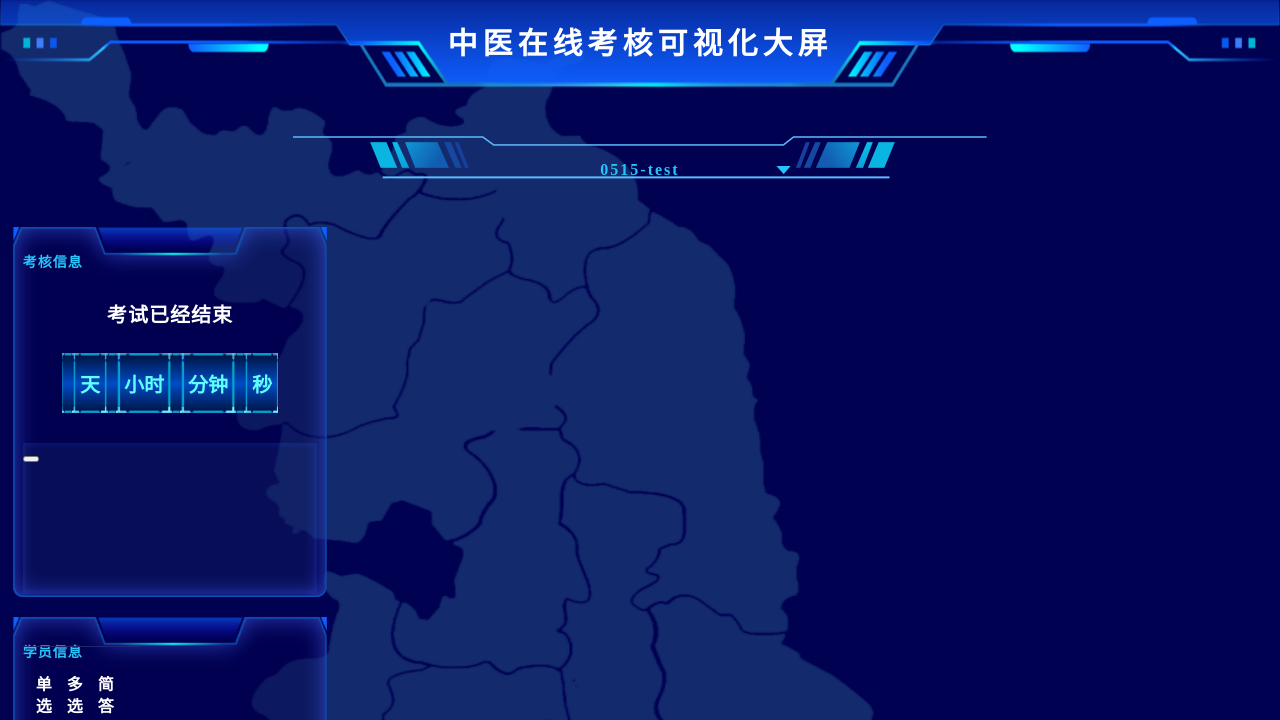
Repository: krislorem/medicine-online-datascreen-vue
Page: /
An editor plug-in stored every save of this project. The page is shown before and after the next save, followed by the edit.
The browser window is 1280 px wide. The pictures show the whole page.
The project was rebuilt for these pictures with package versions that can differ from the ones it lists, and the page was loaded fresh each time. Also part of the build but not shown: vite.config.ts.

Above is the page before, as saved 2024-12-04 20:07:03.
Console error (its wording comes from the project's code and is left out).

### src/main.ts
import './assets/main.css'

import { createApp } from 'vue'
import { createPinia } from 'pinia'
import ElementPlus from 'element-plus'
import 'element-plus/dist/index.css'
import App from './App.vue'
import router from './router'

const app = createApp(App)

app.use(createPinia())
app.use(router)
app.use(ElementPlus)
app.mount('#app')

### src/assets/main.css
body, html {
  width: 100%;
  height: 100%;
  overflow: hidden;
  margin: 0;
  padding: 0;
  width: 100vw;
  height: 100vh
}

#app {
  width: 100%;
  height: 100%
}

### src/App.vue
<template>
  <div>
    <RouterView></RouterView>
  </div>
</template>

<script setup lang="ts">

</script>

<style scoped>
</style>

### src/views/HomeView.vue
<template>
  <div class="home">
    <nav>
      <h1>中医在线考核可视化大屏</h1>
    </nav>
    <div id="mid-bar">
      <select id="info">
        <option>0515-test</option>
      </select>
    </div>
    <div id="all-info">
      <div id="left">
        <div class="item item-1">
          <p class="top-name"><span>考核信息</span></p>
          <p class="time-title"><span>考试已经结束</span></p>
          <div class="time-container">
            <div class="time-box" style=";"><span class="time-num">{{ }}</span></div>
            <div class="time-box" style=";"><span class="time-num">天</span></div>
            <div class="time-box" style=";"><span class="time-num">{{ }}</span></div>
            <div class="time-box" style=";"><span class="time-num">小时</span></div>
            <div class="time-box" style=";"><span class="time-num">{{ }}</span></div>
            <div class="time-box" style=";"><span class="time-num">分钟</span></div>
            <div class="time-box" style=";"><span class="time-num">{{ }}</span></div>
            <div class="time-box" style=";"><span class="time-num">秒</span></div>
          </div>
          <div class="result">
            <div class="ivu-carousel" style="height: 100%;">
              <button type="button" class="left ivu-carousel-arrow ivu-carousel-arrow-hover">
                <i class="ivu-icon ivu-icon-ios-arrow-back"></i>
              </button>
            </div>
            <div class="ivu-carousel-list">
              <div class="ivu-carousel-track higher"
                style="width: 119px; transform: translate3d(0px, 0px, 0px); transition: transform 500ms; visibility: visible;">
                <div class="ivu-carousel-item" style="width: 119px; height: auto; left: 0px;">
                  <div class="res-topbar">
                    <span>{{ }}</span>
                    <span>{{ }}</span>
                  </div>
                  <div class="res-box">
                    <div class="res-item">
                      <span>单选</span>
                      <p>{{ }}</p>
                    </div>
                    <div class="res-item">
                      <span>多选</span>
                      <p>{{ }}</p>
                    </div>
                    <div class="res-item">
                      <span>简答</span>
                      <p>{{ }}</p>
                    </div>
                  </div>
                </div>
              </div>
            </div>
          </div>
        </div>
        <div class="item item-2">
          <p class="top-name i2-top"><span>学员信息</span></p>
          <div class="i2">
            <div class="box">
              <p class="num bg-lg-blue">1</p>
              <p class="title bg-lg-blue">应考人数</p>
            </div>
            <div class="box">
              <p class="num bg-lg-cyan">0</p>
              <p class="title bg-lg-cyan">签到人数</p>
            </div>
            <div class="box">
              <p class="num bg-lg-red">0</p>
              <p class="title bg-lg-red">实考人数</p>
            </div>
            <div class="box">
              <p class="num bg-lg-blue">0</p>
              <p class="title bg-lg-blue">分配试卷</p>
            </div>
            <div class="box">
              <p class="num bg-lg-cyan">0</p>
              <p class="title bg-lg-cyan">答题中</p>
            </div>
            <div class="box">
              <p class="num bg-lg-red">0</p>
              <p class="title bg-lg-red">完成考试</p>
            </div>
            <div class="box">
              <p class="num bg-lg-blue2">1</p>
              <p class="title bg-lg-blue2">未签到</p>
            </div>
            <div class="box">
              <p class="num bg-lg-cyan2">1</p>
              <p class="title bg-lg-cyan2">未考核</p>
            </div>
            <div class="box">
              <p class="num bg-lg-red2">0</p>
              <p class="title bg-lg-red2">合格人数</p>
            </div>
          </div>
        </div>
      </div>
      <div id="right"></div>
    </div>
  </div>
</template>

<style scoped>
body {
  font-family: Helvetica Neue, Helvetica, PingFang SC, Hiragino Sans GB, Microsoft YaHei, "\5FAE\8F6F\96C5\9ED1", Arial, sans-serif;
  font-size: 12px;
  line-height: 1.5;
  color: #515a6e;
  background-color: #fff;
  -webkit-font-smoothing: antialiased;
  -moz-osx-font-smoothing: grayscale;
}

.home {
  background: #010152 url(/ditu.png) 50% no-repeat;
  background-size: 100% 100%;
}

.home nav {
  background-image: url(/dingbu.png);
  background-size: 100% 100%;
  background-repeat: no-repeat;
  overflow: hidden;
  display: -webkit-box;
  display: -ms-flexbox;
  display: flex;
  -webkit-box-align: center;
  -ms-flex-align: center;
  align-items: center;
}

.home nav h1 {
  font-size: 30px;
  font-family: PingFangSC-Semibold, PingFang SC;
  font-weight: 600;
  color: #fff;
  line-height: 58px;
  letter-spacing: 5px;
  margin: 15px auto;
}

.home #mid-bar {
  width: 694px;
  height: 43px;
  background: url(/nav.png) no-repeat;
  margin: 48px auto 36px;
  padding-top: 12px;
  display: -webkit-box;
  display: -ms-flexbox;
  display: flex;
  -webkit-box-pack: center;
  -ms-flex-pack: center;
  justify-content: center;
  -webkit-box-align: center;
  -ms-flex-align: center;
  align-items: center;
}

.home #mid-bar #info {
  appearance: none;
  -moz-appearance: none;
  -webkit-appearance: none;
  background: transparent url('/jiantou.png') no-repeat scroll 100%;
  width: 302px;
  height: 22px;
  font-size: 16px;
  text-align: center;
  font-family: PingFangSC-Semibold, PingFang SC;
  font-weight: 600;
  color: #26c5fb;
  line-height: 22px;
  letter-spacing: 2px;
  border: none;
}

#all-info {
  width: 100%;
  height: 796px;
  margin: 20px auto;
  display: -webkit-box;
  display: -ms-flexbox;
  display: flex;
  -ms-flex-pack: distribute;
  justify-content: space-around;
}

#all-info #left {
  width: 23%;
  height: 100%;
}


#all-info #left .item {
  height: 44%;
  width: 100%;
  padding: 10px;
  background-image: url(/kuang2.png);
  background-size: 100% 100%;
}

#all-info #left .item .top-name>span {
  width: 64px;
  height: 20px;
  font-size: 14px;
  font-family: PingFangSC-Semibold, PingFang SC;
  font-weight: 600;
  color: #26c5fb;
  line-height: 20px;
  letter-spacing: 1px;
}

#all-info #left .item-1 {
  margin-bottom: 20px;
}

#all-info #left .item-1 .time-title {
  text-align: center;
  font-size: 20px;
  font-family: PingFangSC-Semibold, PingFang SC;
  font-weight: 600;
  color: #fff;
  line-height: 20px;
  letter-spacing: 1px;
  margin: 32px auto 28px;
}

#all-info #left .item-1 .time-container {
  height: 60px
}

#all-info #left .item-1 .time-container,
#all-info #left .item-1 .time-container .time-box {
  display: -webkit-box;
  display: -ms-flexbox;
  display: flex;
  -webkit-box-pack: center;
  -ms-flex-pack: center;
  justify-content: center;
}

#all-info #left .item-1 .time-container .time-box {
  background-image: url('/kuang3.png');
  background-repeat: no-repeat;
  background-size: 100% 100%;
  -webkit-box-align: center;
  -ms-flex-align: center;
  align-items: center;
  background-color: #d7606b;
}

#all-info #left .item-1 .time-container .time-box .time-num {
  font-size: 20px;
  padding: 6px;
  font-family: PingFangSC-Semibold, PingFang SC;
  font-weight: 600;
  color: #60fffd
}

#all-info #left .item-1 .time-container .time-box .dupunkto {
  font-size: 28px;
  font-family: PingFangSC-Semibold, PingFang SC;
  font-weight: 600;
  color: #60fffd
}

#all-info #left .item-1 .result {
  width: 100%;
  height: 43%;
  background-image: url('/kuang4.png');
  background-size: 100% 100%;
  margin: 30px auto 0;
  font-size: 16px;
  font-family: PingFangSC-Semibold, PingFang SC;
  font-weight: 600;
  color: #fff;
  line-height: 22px;
}

#all-info #left .item-1 .result .res-sub-title {
  width: 100%;
  height: 100%;
  display: -webkit-box;
  display: -ms-flexbox;
  display: flex;
  -webkit-box-align: center;
  -ms-flex-align: center;
  align-items: center;
  -webkit-box-pack: center;
  -ms-flex-pack: center;
  justify-content: center;
  font-size: 20px;
  font-family: PingFangSC-Semibold, PingFang SC;
  font-weight: 600
}

#all-info #left .item-1 .result .res-topbar {
  height: 47px;
  border-bottom: 1px solid #1e266e;
  -webkit-box-align: end;
  -ms-flex-align: end;
  align-items: flex-end;
  padding: 0 19px 5px 14px
}

#all-info #left .item-1 .result .res-box,
#all-info #left .item-1 .result .res-topbar {
  display: -webkit-box;
  display: -ms-flexbox;
  display: flex;
  -webkit-box-pack: justify;
  -ms-flex-pack: justify;
  justify-content: space-between
}

#all-info #left .item-1 .result .res-box {
  height: 57px;
  margin: 27px 13px 0
}

#all-info #left .item-1 .result .res-box .res-item {
  display: -webkit-box;
  display: -ms-flexbox;
  display: flex;
  -webkit-box-orient: vertical;
  -webkit-box-direction: normal;
  -ms-flex-direction: column;
  flex-direction: column;
  -ms-flex-pack: distribute;
  justify-content: space-around;
  -webkit-box-align: center;
  -ms-flex-align: center;
  align-items: center
}

#all-info #left .item-1 .result .res-box p {
  margin-top: 13px
}

#all-info #left .item-2 {
  display: -webkit-box;
  display: -ms-flexbox;
  display: flex;
  -webkit-box-orient: vertical;
  -webkit-box-direction: normal;
  -ms-flex-direction: column;
  flex-direction: column
}


#all-info #left .item-2 .i2-top {
  padding-bottom: 30px;
}

#all-info #left .item-2 .i2 {
  width: 100%;
  margin: 20px auto;
  display: -webkit-box;
  display: -ms-flexbox;
  display: flex;
  -ms-flex-wrap: wrap;
  flex-wrap: wrap;
  -ms-flex-pack: distribute;
  justify-content: space-around;
}

#all-info #left .item-2 .i2 .box {
  width: 30%;
  height: 67px;
  margin-bottom: 20px;
  padding: 20px auto;
  background-image: url('/kuang5.png');
  background-size: 100%;
  background-repeat: no-repeat;
}

#all-info #left .item-2 .i2 .box>.num {
  width: 77px;
  height: 45px;
  font-size: 27px;
  line-height: 45px
}

#all-info #left .item-2 .i2 .box>.num,
#all-info #left .item-2 .i2 .box>.title {
  font-family: PingFangSC-Semibold, PingFang SC;
  font-weight: 600;
  color: #fff;
  text-align: center;
  background-clip: text;
  -webkit-background-clip: text;
  -webkit-text-fill-color: transparent;
  margin: 0 auto;
}

#all-info #left .item-2 .i2 .box>.title {
  width: 64px;
  height: 22px;
  font-size: 15px;
  line-height: 22px
}

#all-info #right {
  width: 73%;
  height: 100%;
}

#all-info #right .item {
  width: 100%;
  height: 350px;
  background-image: url(../img/bigBox.c60a709d.png);
  background-size: 100% 100%
}

#all-info #right .mb-22 {
  margin-bottom: 22px
}
</style>
<script setup lang="ts">
import * as echarts from 'echarts';
import { onMounted } from 'vue'
const labelOption = {
  show: true,
  position: 'insideBottom',
  distance: 15,
  align: 'left',
  verticalAlign: 'middle',
  rotate: 90,
  formatter: '{c}  {name|{a}}',
  fontSize: 16,
  rich: {
    name: {}
  }
};
const option = {
  tooltip: {
    trigger: 'axis',
    axisPointer: {
      type: 'shadow'
    }
  },
  legend: {
    data: ['Forest', 'Steppe', 'Desert', 'Wetland']
  },
  xAxis: [
    {
      type: 'category',
      axisTick: { show: false },
      data: ['2012', '2013', '2014', '2015', '2016']
    }
  ],
  yAxis: [
    {
      type: 'value'
    }
  ],
  series: [
    {
      name: 'Forest',
      type: 'bar',
      barGap: 0,
      label: labelOption,
      emphasis: {
        focus: 'series'
      },
      data: [320, 332, 301, 334, 390]
    },
    {
      name: 'Steppe',
      type: 'bar',
      label: labelOption,
      emphasis: {
        focus: 'series'
      },
      data: [220, 182, 191, 234, 290]
    },
    {
      name: 'Desert',
      type: 'bar',
      label: labelOption,
      emphasis: {
        focus: 'series'
      },
      data: [150, 232, 201, 154, 190]
    },
    {
      name: 'Wetland',
      type: 'bar',
      label: labelOption,
      emphasis: {
        focus: 'series'
      },
      data: [98, 77, 101, 99, 40]
    }
  ]
};
onMounted(() => {
  let chartDom = document.getElementById('m');
  let myChart = echarts.init(chartDom);
  option && myChart.setOption(option);
})


</script>

Loaded but not shown: index.html (common file); src/router/index.ts (common file)

After the next save:
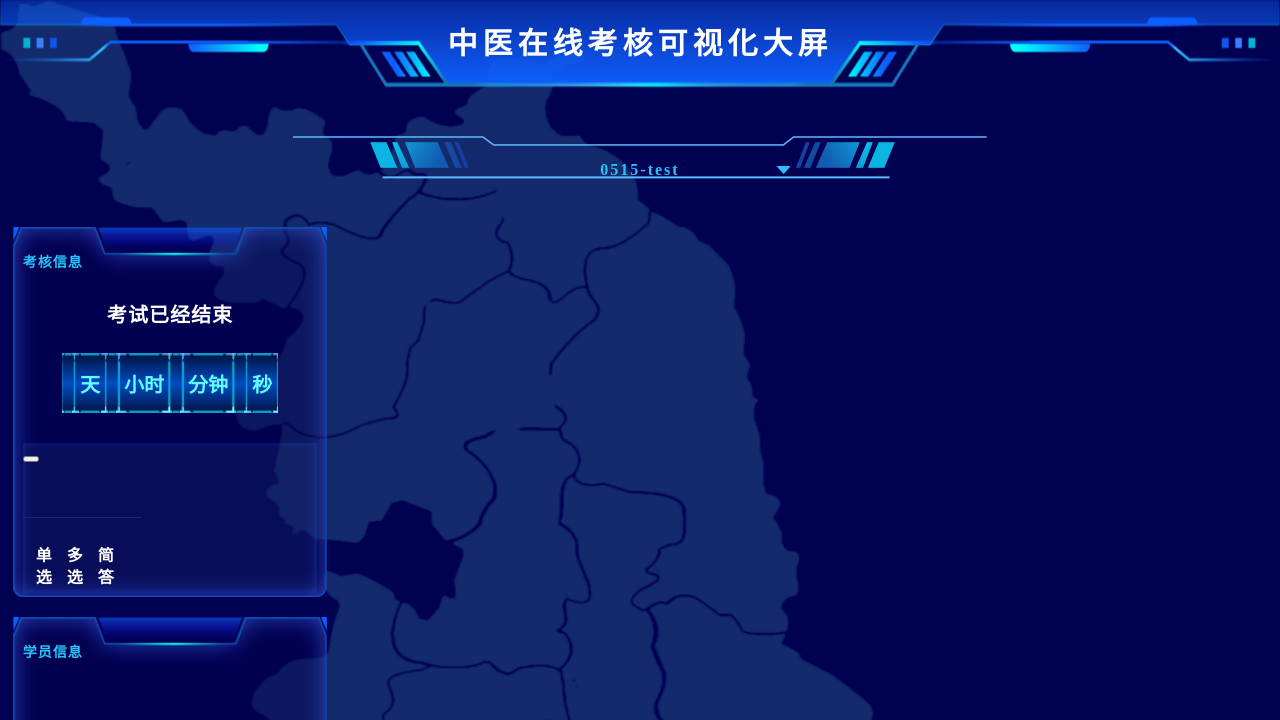
Saved 5 min 25 s later.
--- a/src/views/HomeView.vue
+++ b/src/views/HomeView.vue
@@ -28,32 +28,33 @@
               <button type="button" class="left ivu-carousel-arrow ivu-carousel-arrow-hover">
                 <i class="ivu-icon ivu-icon-ios-arrow-back"></i>
               </button>
-            </div>
-            <div class="ivu-carousel-list">
-              <div class="ivu-carousel-track higher"
-                style="width: 119px; transform: translate3d(0px, 0px, 0px); transition: transform 500ms; visibility: visible;">
-                <div class="ivu-carousel-item" style="width: 119px; height: auto; left: 0px;">
-                  <div class="res-topbar">
-                    <span>{{ }}</span>
-                    <span>{{ }}</span>
-                  </div>
-                  <div class="res-box">
-                    <div class="res-item">
-                      <span>单选</span>
-                      <p>{{ }}</p>
+              <div class="ivu-carousel-list">
+                <div class="ivu-carousel-track higher"
+                  style="width: 119px; transform: translate3d(0px, 0px, 0px); transition: transform 500ms; visibility: visible;">
+                  <div class="ivu-carousel-item" style="width: 119px; height: auto; left: 0px;">
+                    <div class="res-topbar">
+                      <span>{{ }}</span>
+                      <span>{{ }}</span>
                     </div>
-                    <div class="res-item">
-                      <span>多选</span>
-                      <p>{{ }}</p>
-                    </div>
-                    <div class="res-item">
-                      <span>简答</span>
-                      <p>{{ }}</p>
+                    <div class="res-box">
+                      <div class="res-item">
+                        <span>单选</span>
+                        <p>{{ }}</p>
+                      </div>
+                      <div class="res-item">
+                        <span>多选</span>
+                        <p>{{ }}</p>
+                      </div>
+                      <div class="res-item">
+                        <span>简答</span>
+                        <p>{{ }}</p>
+                      </div>
                     </div>
                   </div>
                 </div>
               </div>
             </div>
+
           </div>
         </div>
         <div class="item item-2">
